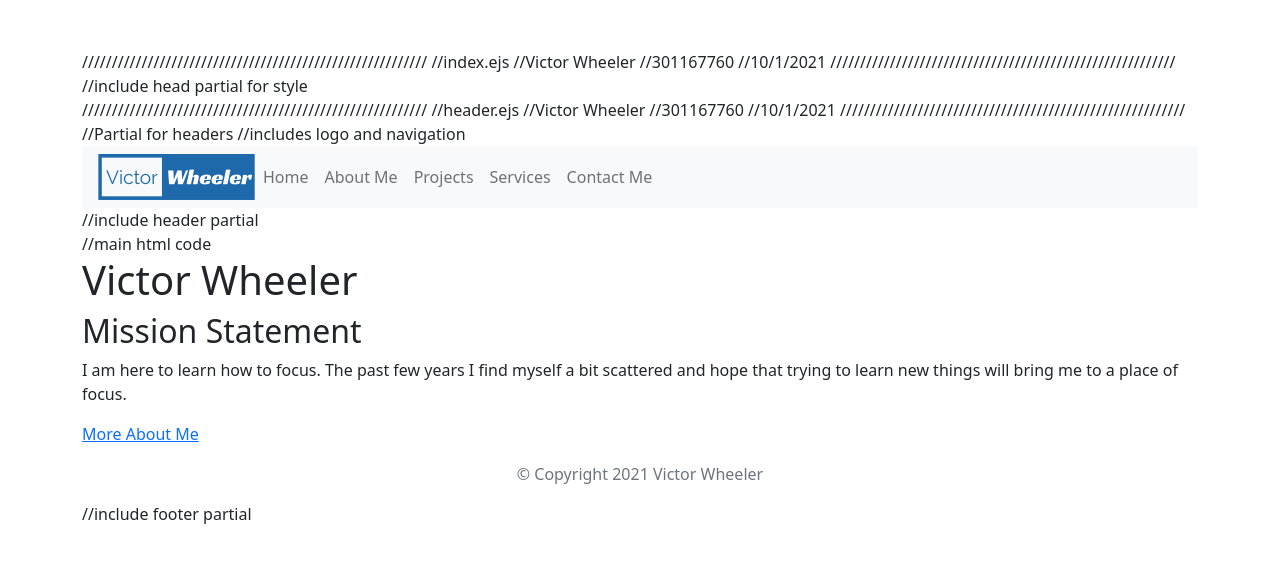
Repository: VictorWheeler/COMP_229_301167760
Page: http://localhost/
The author's editor kept a copy of each file at every save. The page is drawn from the files as they stood at one save, then again after the next save.
The browser window is 1280 px wide. The pictures show the whole page.
The page is served by the project's Node server (server.js).

Above is the page before, as saved 2021-10-01 10:10:50.

After the next save:
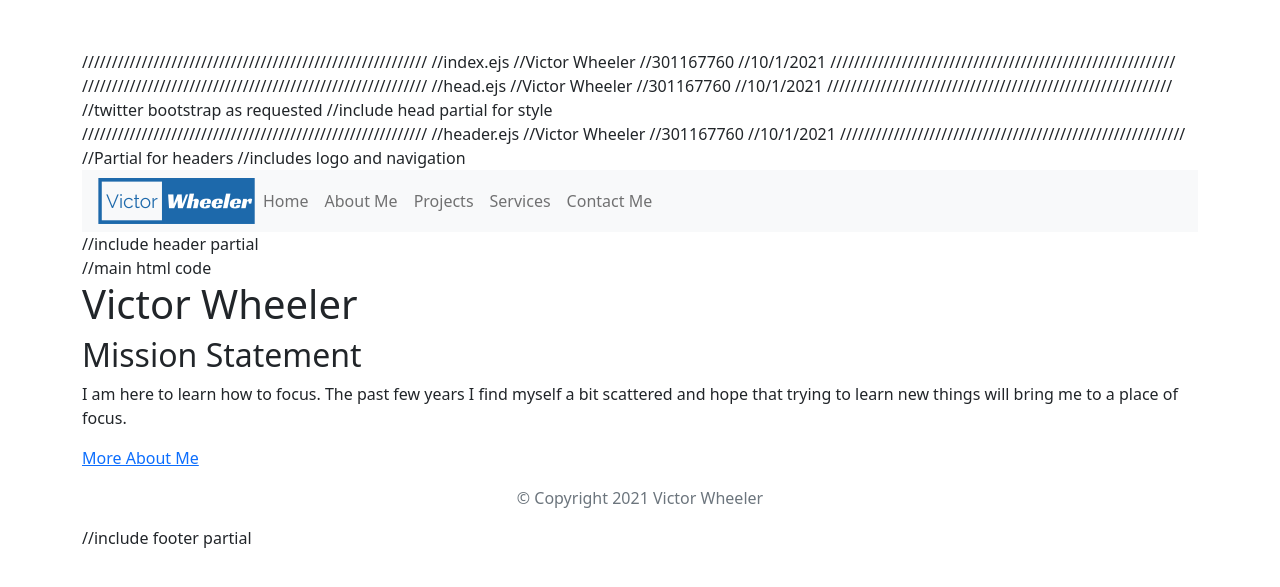
Saved 34 s later.
--- a/Express-Portfolio-Site/views/partials/head.ejs
+++ b/Express-Portfolio-Site/views/partials/head.ejs
@@ -1,8 +1,14 @@
+//////////////////////////////////////////////////////////
+//head.ejs
+//Victor Wheeler
+//301167760
+//10/1/2021
+//////////////////////////////////////////////////////////
 <meta charset="UTF-8">
 <title>Victor Wheeler</title>
 
 <!-- CSS (load bootstrap from a CDN) -->
-<link rel="stylesheet" href="/css/bootstrap.min.css">
+<link rel="stylesheet" href="/css/bootstrap.min.css">    //twitter bootstrap as requested
 <style>
   body { padding-top:50px; }
 </style>
